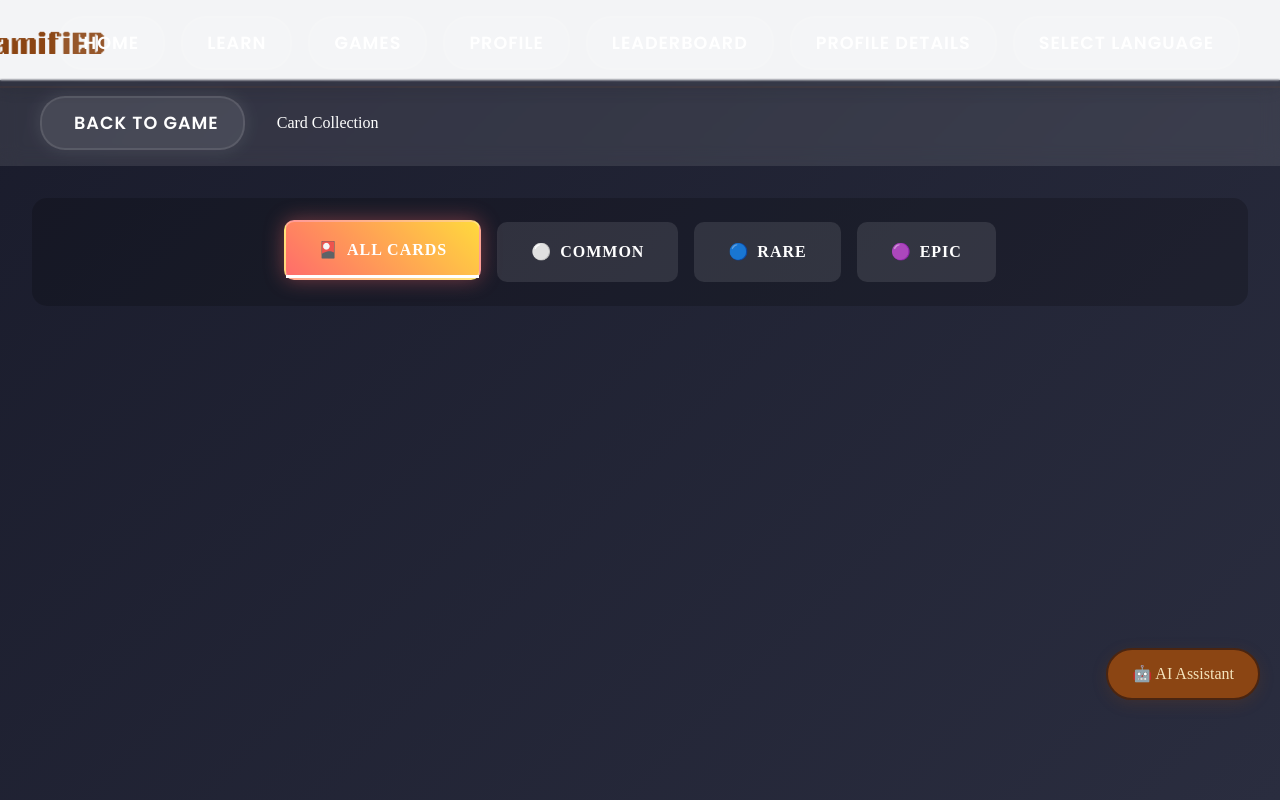
Repository: Team-4i/iks
Page: spinwheel/templates/spinwheel/collection.html
An editor plug-in stored every save of this project. The page is shown before and after the next save, followed by the edit.
The browser window is 1280 px wide. The pictures show the whole page.
Some web fonts or font styles are not loaded; a fallback is used. Some web libraries are served in a nearby version. The template is drawn by Django 5.2. The application's start-up code is not run. Other server files are loaded and not shown. The template is opened directly, without the code that normally fills it, so the values that code supplies are empty.

Above is the page before, as saved 2025-04-18 19:03:43.

### spinwheel/templates/spinwheel/collection.html
{% extends 'base.html' %}

{% block content %}
<div class="collection-page">
    <header class="collection-header">
        <div class="header-content">
            <nav class="nav-links">
                <a href="{% url 'spinwheel:index' %}" class="nav-link">
                    <i class="fas fa-arrow-left"></i> Back to Game
                </a>
            </nav>
            <h1>Card Collection</h1>
        </div>
    </header>

    <div class="collection-content">
        <div class="tab-buttons">
            <button class="tab-btn active" data-rarity="all">
                <span class="tab-icon">🎴</span>
                All Cards
            </button>
            <button class="tab-btn" data-rarity="COMMON">
                <span class="tab-icon">⚪</span>
                Common
            </button>
            <button class="tab-btn" data-rarity="RARE">
                <span class="tab-icon">🔵</span>
                Rare
            </button>
            <button class="tab-btn" data-rarity="EPIC">
                <span class="tab-icon">🟣</span>
                Epic
            </button>
        </div>

        <div class="cards-container">
            {% for item in collection %}
            <div class="collection-card {{ item.card.rarity|lower }}" data-rarity="{{ item.card.rarity }}">
                <div class="card-inner">
                    <div class="card-header">
                        <span class="rarity-badge {{ item.card.rarity|lower }}">{{ item.card.rarity }}</span>
                        <span class="quantity">×{{ item.quantity }}</span>
                    </div>
                    <div class="card-body">
                        <h3 class="card-title">{{ item.card.title }}</h3>
                        <p class="article-number">#{{ item.card.article_number }}</p>
                        <p class="card-content">{{ item.card.content }}</p>
                        <div class="card-popup">
                            <h3>{{ item.card.title }}</h3>
                            <p class="article-number">#{{ item.card.article_number }}</p>
                            <p>{{ item.card.content }}</p>
                        </div>
                    </div>
                </div>
            </div>
            {% endfor %}
        </div>
    </div>
</div>

<style>
    /* Game-like UI Styles */
    .collection-page {
        min-height: 100vh;
        background: linear-gradient(135deg, #1a1c2c 0%, #2a2d3f 100%);
        color: #ffffff;
        font-family: 'Segoe UI', Arial, sans-serif;
    }

    .collection-header {
        background: rgba(255, 255, 255, 0.1);
        backdrop-filter: blur(10px);
        padding: 1rem 2rem;
        position: sticky;
        top: 0;
        z-index: 100;
    }

    .header-content {
        max-width: 1200px;
        margin: 0 auto;
        display: flex;
        align-items: center;
        gap: 2rem;
    }

    .nav-links {
        display: flex;
        gap: 1rem;
    }

    .nav-link {
        background: rgba(255, 255, 255, 0.1);
        color: #fff;
        text-decoration: none;
        padding: 0.75rem 1.5rem;
        border-radius: 25px;
        display: flex;
        align-items: center;
        gap: 0.5rem;
        font-weight: bold;
        text-transform: uppercase;
        letter-spacing: 1px;
        transition: all 0.3s cubic-bezier(0.4, 0, 0.2, 1);
        border: 2px solid rgba(255, 255, 255, 0.1);
        box-shadow: 0 0 20px rgba(255, 255, 255, 0.1);
    }

    .nav-link:before {
        content: '';
        position: absolute;
        top: 50%;
        left: 50%;
        width: 0;
        height: 0;
        background: rgba(255, 255, 255, 0.1);
        border-radius: 50%;
        transform: translate(-50%, -50%);
        transition: width 0.6s ease, height 0.6s ease;
    }

    .nav-link:hover:before {
        width: 300px;
        height: 300px;
    }

    .nav-link:hover {
        background: rgba(255, 255, 255, 0.2);
        transform: translateY(-2px);
        box-shadow: 0 5px 30px rgba(255, 255, 255, 0.2);
        border-color: rgba(255, 255, 255, 0.3);
    }

    .tab-buttons {
        display: flex;
        gap: 1rem;
        padding: 1.5rem;
        justify-content: center;
        background: rgba(0, 0, 0, 0.2);
        border-radius: 15px;
        margin: 2rem;
    }

    .tab-btn {
        padding: 1rem 2rem;
        border: none;
        border-radius: 10px;
        background: rgba(255, 255, 255, 0.1);
        color: #fff;
        font-weight: bold;
        cursor: pointer;
        transition: all 0.3s cubic-bezier(0.4, 0, 0.2, 1);
        display: flex;
        align-items: center;
        gap: 0.5rem;
        text-transform: uppercase;
        letter-spacing: 1px;
        border: 2px solid transparent;
    }

    .tab-btn:after {
        content: '';
        position: absolute;
        bottom: 0;
        left: 0;
        width: 100%;
        height: 3px;
        background: currentColor;
        transform: scaleX(0);
        transition: transform 0.3s cubic-bezier(0.4, 0, 0.2, 1);
    }

    .tab-btn.active:after {
        transform: scaleX(1);
    }

    .tab-btn:hover {
        background: rgba(255, 255, 255, 0.2);
        transform: translateY(-2px);
    }

    .tab-btn.active {
        background: linear-gradient(45deg, #ff6b6b, #ffd93d);
        box-shadow: 0 0 20px rgba(255, 107, 107, 0.4);
        transform: translateY(-2px);
        border-color: rgba(255, 255, 255, 0.3);
    }

    .collection-card {
        perspective: 1000px;
        height: 220px;
        opacity: 0;
        transform: translateY(20px);
        animation: cardAppear 0.5s cubic-bezier(0.4, 0, 0.2, 1) forwards;
        position: relative;
    }

    .collection-card:hover {
        z-index: 1000;
    }

    .collection-card:nth-child(n) {
        animation-delay: calc(0.1s * var(--card-index, 0));
    }

    .card-inner {
        position: relative;
        width: 100%;
        height: 100%;
        background: rgba(255, 255, 255, 0.1);
        border-radius: 15px;
        padding: 1rem;
        transition: all 0.6s cubic-bezier(0.4, 0, 0.2, 1);
        transform-style: preserve-3d;
        transform: translateZ(0);
        border: 2px solid rgba(255, 255, 255, 0.1);
        box-shadow: 0 10px 30px rgba(0, 0, 0, 0.2);
    }

    .collection-card.common .card-inner {
        background: linear-gradient(135deg, #4a4a4a 0%, #3a3a3a 100%);
    }

    .collection-card.rare .card-inner {
        background: linear-gradient(135deg, #4a90e2 0%, #357abd 100%);
    }

    .collection-card.epic .card-inner {
        background: linear-gradient(135deg, #9b59b6 0%, #8e44ad 100%);
    }

    .collection-card:hover .card-inner {
        transform: rotateY(5deg) translateZ(10px);
        box-shadow: 0 0 30px rgba(255, 255, 255, 0.1);
    }

    .rarity-badge {
        padding: 0.3rem 0.6rem;
        border-radius: 20px;
        font-size: 0.7rem;
        font-weight: bold;
        text-transform: uppercase;
        letter-spacing: 1px;
        box-shadow: 0 2px 10px rgba(0, 0, 0, 0.2);
    }

    .rarity-badge.common {
        background: rgba(255, 255, 255, 0.2);
        color: #fff;
    }

    .rarity-badge.rare {

        background: rgba(74, 144, 226, 0.3);
        color: white;
    }

    .rarity-badge.epic {
        background: rgba(155, 89, 182, 0.3);
        color: #9b59b6;
    }

    @keyframes cardAppear {
        0% {
            opacity: 0;
            transform: translateY(40px) scale(0.8);
        }
        100% {
            opacity: 1;
            transform: translateY(0) scale(1);
        }
    }

    @keyframes cardDisappear {
        0% {
            opacity: 1;
            transform: translateY(0) scale(1);
        }
        100% {
            opacity: 0;
            transform: translateY(20px);
        }
    }

    .quantity {
        font-size: 1rem;
        font-weight: bold;
        color: rgba(255, 255, 255, 0.8);
        text-shadow: 0 2px 4px rgba(0, 0, 0, 0.3);
    }

    .card-title {
        font-size: 1.1rem;
        margin-bottom: 0.3rem;
        color: #fff;
        text-shadow: 0 2px 4px rgba(0, 0, 0, 0.3);
        display: -webkit-box;
        -webkit-line-clamp: 1;
        -webkit-box-orient: vertical;
        overflow: hidden;
    }

    .article-number {
        font-size: 0.8rem;
        color: rgba(255, 255, 255, 0.6);
        margin-bottom: 0.5rem;
    }

    .card-content {
        font-size: 0.85rem;
        line-height: 1.4;
        color: rgba(255, 255, 255, 0.8);
        display: -webkit-box;
        -webkit-line-clamp: 3;
        -webkit-box-orient: vertical;
        overflow: hidden;
    }

    /* Glowing effects */
    .collection-card.epic .card-inner::before {
        content: '';
        position: absolute;
        inset: -2px;
        background: linear-gradient(45deg, #ff6b6b, #ffd93d, #6c5ce7, #ff6b6b);
        border-radius: 15px;
        z-index: -1;
        animation: borderGlow 3s linear infinite;
        filter: blur(8px);
        opacity: 0.5;
    }

    @keyframes borderGlow {
        0% { background-position: 0% 50%; }
        50% { background-position: 100% 50%; }
        100% { background-position: 0% 50%; }
    }

    /* Remove the old back button styles */
    .back-btn {
        display: none;
    }

    /* Adjust card container and grid */
    .cards-container {
        display: grid;
        grid-template-columns: repeat(auto-fill, minmax(200px, 1fr));
        gap: 1rem;
        padding: 1rem;
        margin: 0 auto;
        max-width: 1400px;
    }

    /* Adjust card header spacing */
    .card-header {
        display: flex;
        justify-content: space-between;
        align-items: center;
        margin-bottom: 0.5rem;
    }

    /* Add hover popup styles */
    .card-inner {
        position: relative;
    }

    .card-inner:hover .card-popup {
        opacity: 1;
        visibility: visible;
        transform: none;
    }

    .card-popup {
        position: fixed;
        transform: none;
        top: 0;
        left: calc(100% + 1rem);
        width: 300px;
        max-height: 400px;
        background: rgba(0, 0, 0, 0.95);
        border-radius: 15px;
        padding: 1.5rem;
        z-index: 1000;
        opacity: 0;
        visibility: hidden;
        transition: all 0.3s ease;
        box-shadow: 0 10px 30px rgba(0, 0, 0, 0.3);
        border: 1px solid rgba(255, 255, 255, 0.1);
        margin-left: 1rem;
        overflow-y: auto;
        scrollbar-width: thin;
        scrollbar-color: rgba(255, 255, 255, 0.3) rgba(0, 0, 0, 0.2);
    }

    .card-popup::-webkit-scrollbar {
        width: 6px;
    }

    .card-popup::-webkit-scrollbar-track {
        background: rgba(0, 0, 0, 0.2);
        border-radius: 3px;
    }

    .card-popup::-webkit-scrollbar-thumb {
        background: rgba(255, 255, 255, 0.3);
        border-radius: 3px;
    }

    .card-popup::-webkit-scrollbar-thumb:hover {
        background: rgba(255, 255, 255, 0.4);
    }

    .card-popup h3 {
        margin-bottom: 0.5rem;
        color: #fff;
        font-size: 1.2rem;
    }

    .card-popup .article-number {
        margin-bottom: 1rem;
        color: rgba(255, 255, 255, 0.6);
    }

    .card-popup p:last-child {
        margin-bottom: 0;
        line-height: 1.6;
    }

    /* Handle popup position for cards on the right side */
    .collection-card:nth-child(4n) .card-popup,
    .collection-card:nth-child(4n-1) .card-popup {
        left: auto;
        right: calc(100% + 1rem);
        margin-left: 0;
        margin-right: 0;
    }
</style>

<script>
    const tabButtons = document.querySelectorAll('.tab-btn');
    const cards = document.querySelectorAll('.collection-card');

    // Add card index for staggered animation
    cards.forEach((card, index) => {
        card.style.setProperty('--card-index', index);
    });

    tabButtons.forEach(button => {
        button.addEventListener('click', () => {
            // Remove active class from all buttons
            tabButtons.forEach(btn => btn.classList.remove('active'));
            // Add active class to clicked button
            button.classList.add('active');

            const rarity = button.getAttribute('data-rarity');

            // Show/hide cards with smooth animation
            cards.forEach(card => {
                card.style.animation = 'none'; // Reset animation
                card.offsetHeight; // Trigger reflow

                if (rarity === 'all' || card.getAttribute('data-rarity') === rarity) {
                    card.style.display = 'block';
                    card.style.animation = 'cardAppear 0.5s cubic-bezier(0.4, 0, 0.2, 1) forwards';
                } else {
                    card.style.animation = 'cardDisappear 0.3s cubic-bezier(0.4, 0, 0.2, 1) forwards';
                    setTimeout(() => {
                        card.style.display = 'none';
                    }, 300);
                }
            });
        });
    });
</script>
{% endblock %}

Loaded but not shown: users/templates/base.html (753 lines, source omitted)

After the next save:
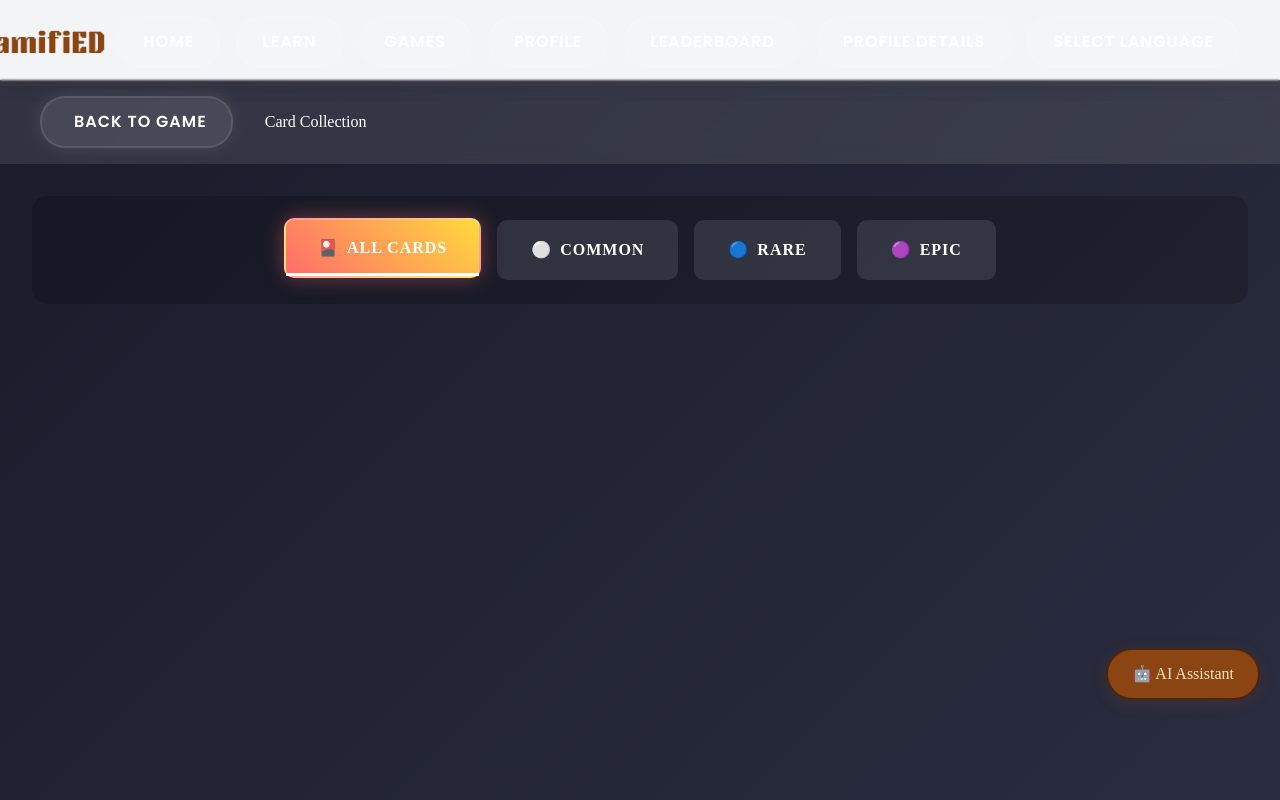
Saved 18 s later.
--- a/spinwheel/templates/spinwheel/collection.html
+++ b/spinwheel/templates/spinwheel/collection.html
@@ -84,6 +84,40 @@
         gap: 2rem;
     }
 
+    /* Common Back Button Style - Global */
+    .nav-links {
+        flex-shrink: 0;
+        position: relative;
+        z-index: 100;
+    }
+
+    .nav-link {
+        color: #ffffff;
+        text-decoration: none;
+        font-size: 1rem;
+        display: inline-flex;
+        align-items: center;
+        gap: 0.5rem;
+        padding: 0.5rem 1rem;
+        border-radius: 15px;
+        background: rgba(255, 255, 255, 0.15);
+        transition: all 0.3s ease;
+        cursor: pointer;
+        position: relative;
+        z-index: 2001;
+        font-weight: bold;
+        box-shadow: 0 4px 10px rgba(0, 0, 0, 0.2);
+    }
+
+    .nav-link:hover {
+        background: rgba(255, 255, 255, 0.25);
+        transform: translateY(-2px);
+    }
+
+    .nav-link i {
+        font-size: 0.9rem;
+    }
+
     .nav-links {
         display: flex;
         gap: 1rem;
